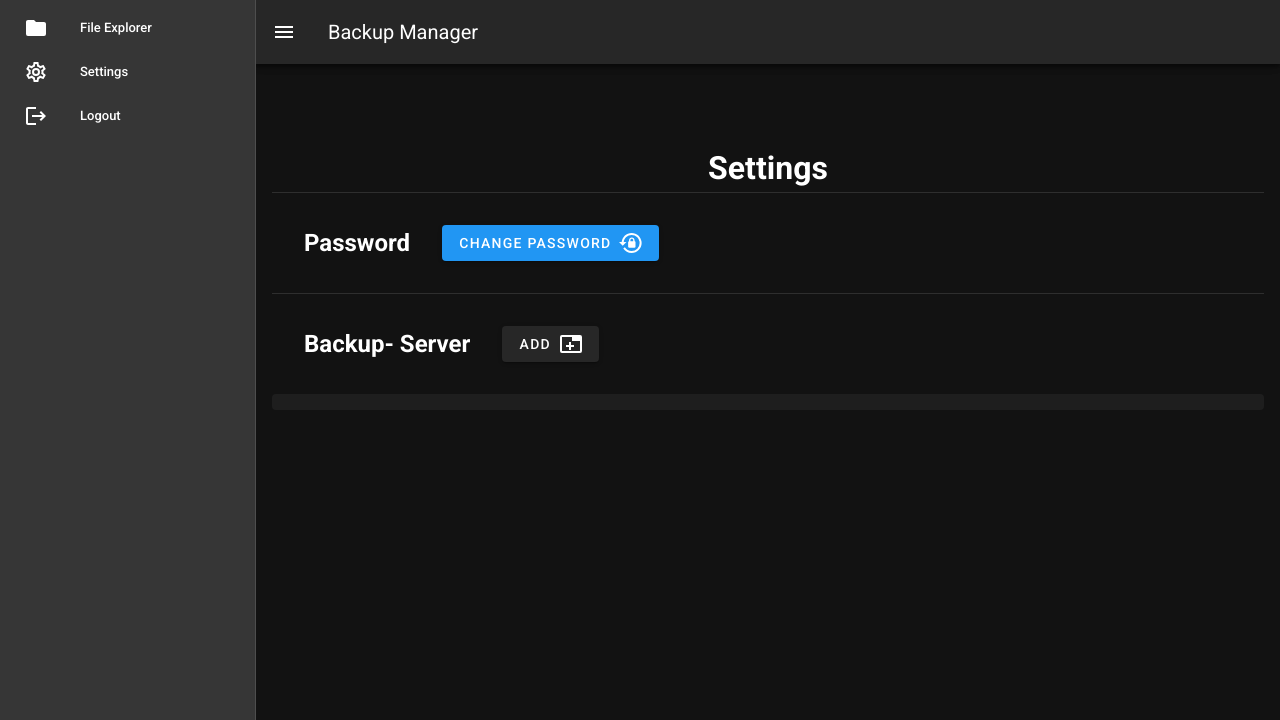
Repository: Erik966/Backup-Manager-Frontend
Page: /settings
The author's editor kept a copy of each file at every save. The page is drawn from the files as they stood at one save, then again after the next save.
The browser window is 1280 px wide. The pictures show the whole page.
The project was rebuilt for these pictures with package versions that can differ from the ones it lists, and the page was loaded fresh each time. Also part of the build but not shown: vue.config.js, src/components/Login.vue, src/views/Login.vue, src/views/secure.vue.

Above is the page before, as saved 2023-01-17 00:33:43.

After the next save:
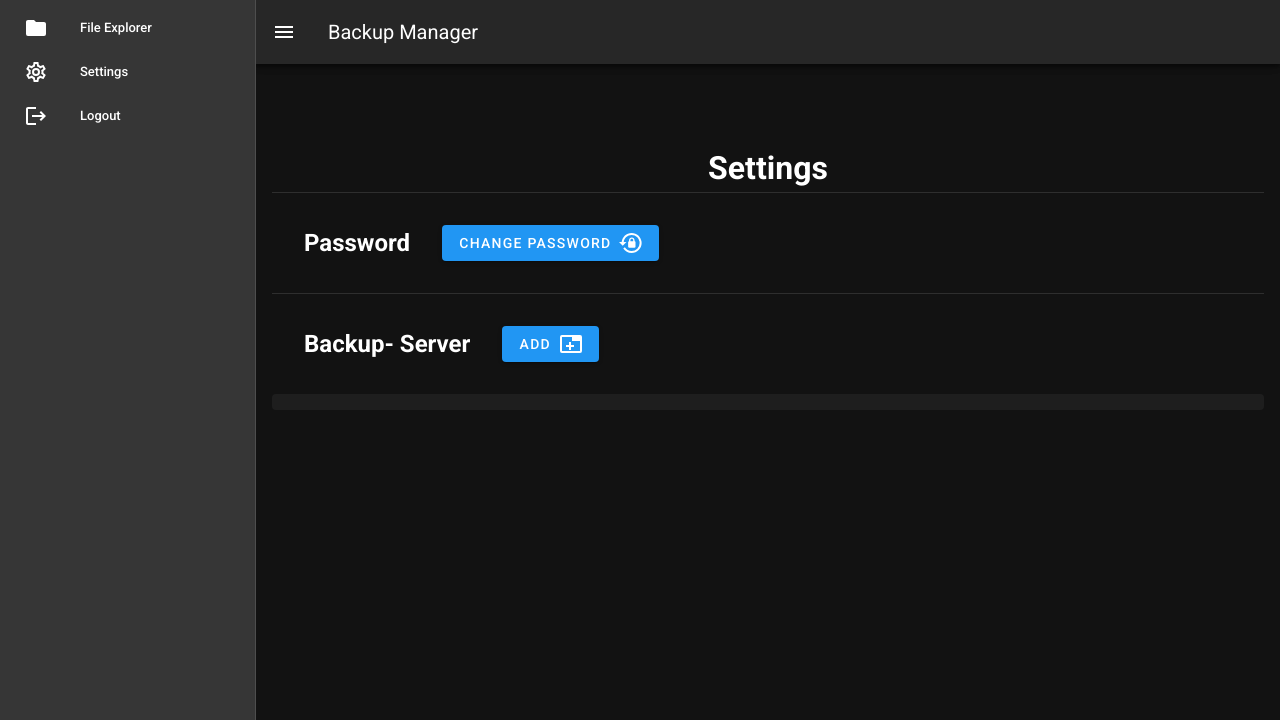
Saved 11 s later.
--- a/src/components/Settings.vue
+++ b/src/components/Settings.vue
@@ -93,7 +93,7 @@
 
       <div class="settingHeadlineContainer">
         <h2 class="settingHeading">Backup- Server</h2>
-        <v-btn @click="onClickShowAddBackupServer" item.icon>
+        <v-btn color="primary" @click="onClickShowAddBackupServer" item.icon>
           ADD
           <v-icon class="iconPadding">{{ addIcon }}</v-icon>
         </v-btn>
